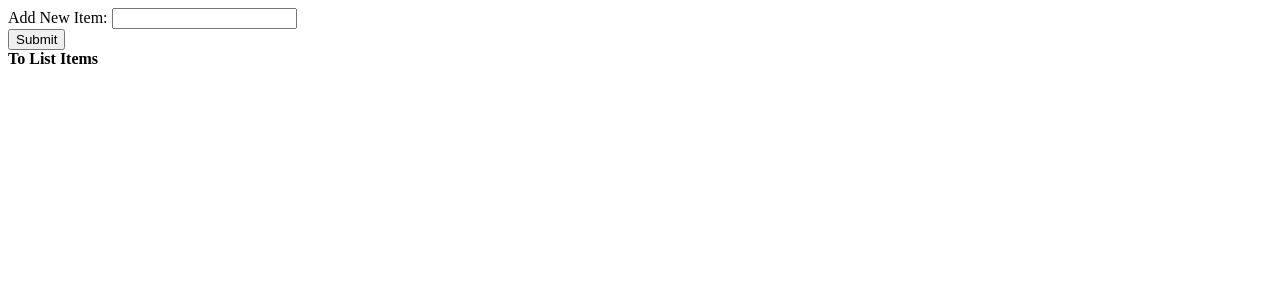
Repository: PuchakayalaVyshnavi/Bootstrap5
Page: http://localhost/jspdemo/todo-list.jsp
The author's editor kept a copy of each file at every save. The page is drawn from the files as they stood at one save, then again after the next save.
The browser window is 1280 px wide. The pictures show the whole page.
The page is served by Tomcat 9.

Above is the page before, as saved 2021-08-18 07:18:43.

After the next save:
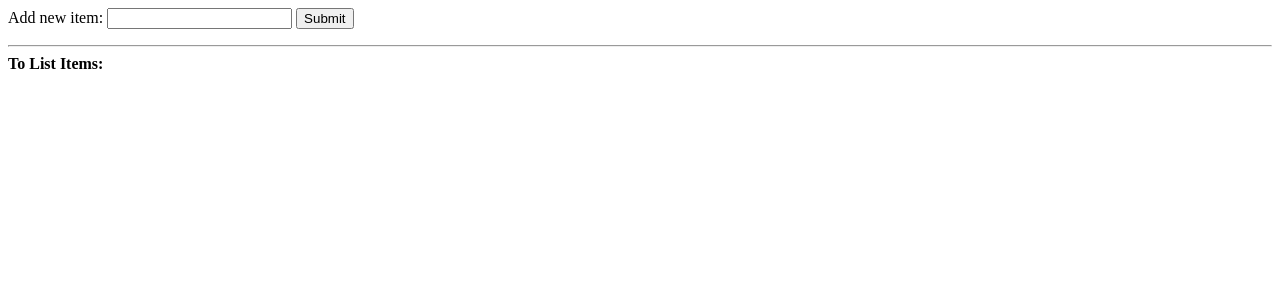
Saved 56 s later.
--- a/Java/jspdemo/src/main/webapp/todo-list.jsp
+++ b/Java/jspdemo/src/main/webapp/todo-list.jsp
@@ -1,45 +1,46 @@
-<%@ page language="java" contentType="text/html; charset=ISO-8859-1"
-    pageEncoding="ISO-8859-1"%>
- <%@ page import="java.util.*" %>
-<!DOCTYPE html>
+<%@ page import="java.util.*" %>
+
 <html>
-<head>
-<meta charset="ISO-8859-1">
-<title>To-do list Item</title>
-</head>
+
 <body>
+
+<!-- Step 1: Create HTML form -->
 <form action="todo-list.jsp">
-Add New Item: <input type="text" name="theItem"/>
-<br/>
-<input type="button" value="Submit"/>
-<br/>
+	Add new item: <input type="text" name="theItem" />
+
+	<input type="submit" value="Submit" />
 </form>
+
+<!-- Step 2: Add new item to "To Do" list -->
 <%
-//get todo Item from session
+	// get the TO DO items from the session
+	List<String> items = (List<String>) session.getAttribute("myToDoList");
 
-List<String> items= (List<String>) session.getAttribute("myToDoList");
-//if todo item donot exist create one
-if(items==null){
-	items= new ArrayList<String>();
-	session.setAttribute("myToDoList",items);
+	// if the TO DO items doesn't exist, then create a new one
+	if (items == null) {
+		items = new ArrayList<String>();
+		session.setAttribute("myToDoList", items);
+	}
 
-}
-//Display all todo in the session
+	// see if there is form data to add
+	String theItem = request.getParameter("theItem");
+	if (theItem != null) {
+		items.add(theItem);
+	}
+%>
 
-String theItem=request.getParameter("theItem");
-if(theItem!=null){
-	items.add(theItem);
-}
-%>
-<b>To List Items</b>
+<!-- Step 3: Display all "To Do" item from session -->
+<hr>
+<b>To List Items:</b> <br/>
+
 <ol>
 <%
-for(String temp : items){
-	out.println("<li>" + temp +"<li/>");
-}
+	for (String temp : items) {
+		out.println("<li>" + temp + "</li>");
+	}
 %>
-
 </ol>
 
 </body>
+
 </html>
